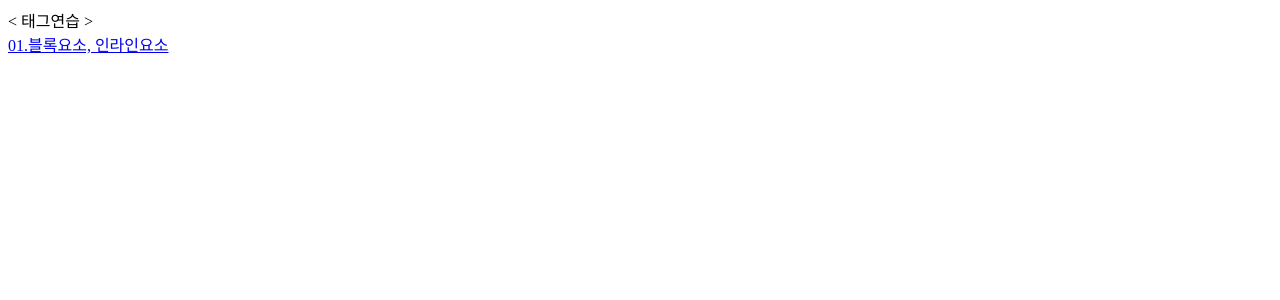
Repository: RUCKUSJERRY/PracticeOfUI
Page: UI01_HTML/WebContent/index.html
An editor plug-in stored every save of this project. The page is shown before and after the next save, followed by the edit.
The browser window is 1280 px wide. The pictures show the whole page.

Above is the page before, as saved 2021-01-14 04:37:14.

After the next save:
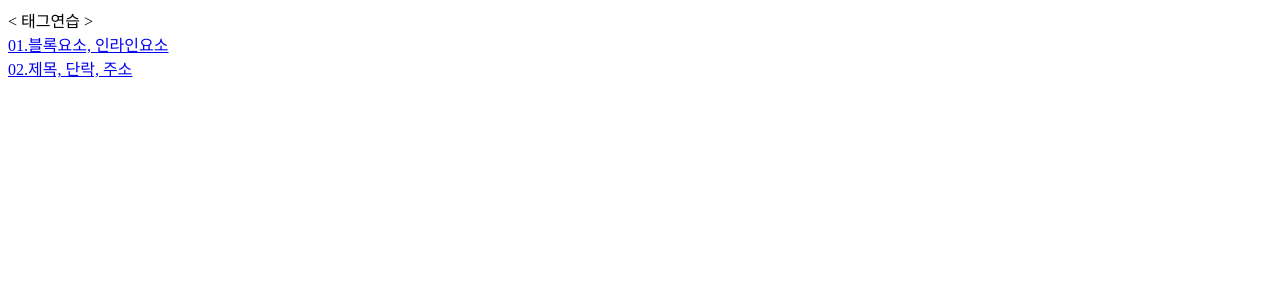
Saved 35 s later.
--- a/UI01_HTML/WebContent/index.html
+++ b/UI01_HTML/WebContent/index.html
@@ -19,7 +19,7 @@
 	 -->
 
 	<a href="html01-block-inline.html">01.블록요소, 인라인요소</a><br/>
-
+	<a href="html02-title-paragraph.html">02.제목, 단락, 주소</a><br/>
 
 
 </body>
